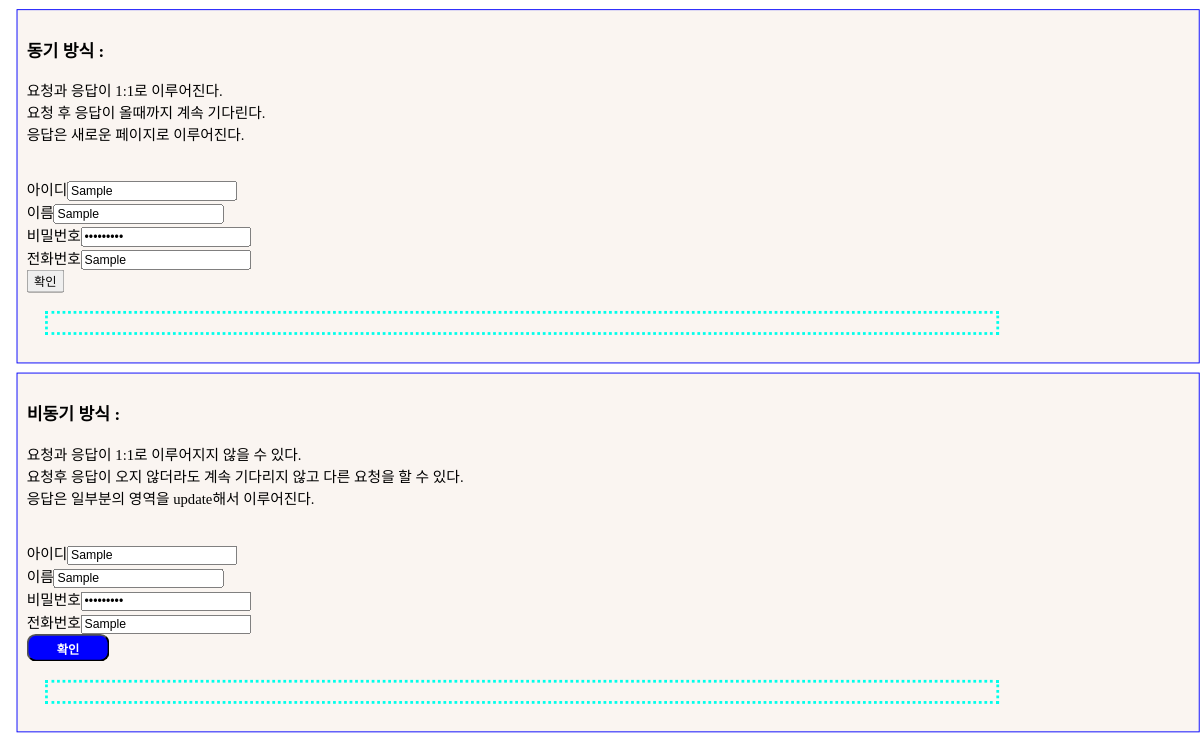
Repository: yul3220/WebProgrammingLecture
Page: jqpro/WebContent/2021-02-01/ajax비동기통신.html
The author's editor kept a copy of each file at every save. The page is drawn from the files as they stood at one save, then again after the next save.
The browser window is 1280 px wide. The page is 1304 px wide, so the pictures cover 1304 px, including what lies to the right of the window. The pictures show the whole page, at 92% of full size.
Empty fields were first filled with sample values (such as "Sample", 5 or name@example.com).
After loading, the first visible `#ajax` was clicked once.

Above is the page before, as saved 2021-02-02 00:11:43.
Console error: TypeError: xhr.onreadystatechange is not a function

### jqpro/WebContent/2021-02-01/ajax비동기통신.html
<!DOCTYPE html>
<html>
<head>
<meta charset="UTF-8">
<title>Insert title here</title>
<link rel="stylesheet" href="../css/public.css"/>
<script src="../js/jquery-3.5.1.min.js"></script>
<style>
</style>
<script>
	$(function(){
		$("#ajax").on("click",function(){
			xhr = new XMLHttpRequest();

			//입력한 모든 값을 가져온다.
			idval = $("#id").val().trim();
			passval = $("#pass").val().trim();
			telval = $("#tel").val().trim();
			nameval = $("#name").val().trim();

			data = "id="+idval+"&name="+nameval
					+"&tel="+telval+"&pass="+passval;
			//요청
			xhr.open("post", "text.jsp", true);
			xhr.setRequestHeader("Content-type", "application/x-www-form-urlencoded")
			xhr.send(data);

			//응답
			xhr.onreadystatechange()=function(){
				if(this.readyState==4&&this.status==200){
					//응답
					res = this.responseText;

					$("#result2").html(res).css("color", "red");
				}
			}
		})
	})
</script>
</head>
<body>
	<div class="box">
		<h3>동기 방식 : </h3>
		요청과 응답이 1:1로 이루어진다.<br>
		요청 후 응답이 올때까지 계속 기다린다.<br>
		응답은 새로운 페이지로 이루어진다.<br>
		<br><br>
		<form action="text.jsp" method="post">
			아이디<input type="text" id="id" name="id"><br>
			이름<input type="text" id="name" name="name"><br>
			비밀번호<input type="password" id="pass" name="pass"><br>
			전화번호<input type="text" id="tel" name="tel"><br>
			<input type="submit" value="확인"/>
		</form>
		<div id="result1"></div>
	</div>

	<div class="box">
		<h3>비동기 방식 : </h3>
		요청과 응답이 1:1로 이루어지지 않을 수 있다.<br>
		요청후 응답이 오지 않더라도 계속 기다리지 않고 다른 요청을 할 수 있다.<br>
		응답은 일부분의 영역을 update해서 이루어진다.<br>
		<br><br>
		<form action="text.jsp" method="post">
			아이디<input type="text" id="id" name="id"><br>
			이름<input type="text" id="name" name="name"><br>
			비밀번호<input type="password" id="pass" name="pass"><br>
			전화번호<input type="text" id="tel" name="tel"><br>
			<input id="ajax" type="button" value="확인"/>
		</form>
		<div id="result2"></div>
	</div>
</body>
</html>

### jqpro/WebContent/css/public.css
@CHARSET "UTF-8";
pre{
	background-color : #c4f4f2;
	font-size : 14px;
	white-space: pre-wrap;

	/*
	   pre : 공백은 그대로 줄바꿈이 되지 않는다.
	   pre-wrap : 공백은 그대로 줄바꿈이 된다.
	   pre-line : 공백을 여러개 줘도 공백은 하나만 표시  줄바꿈된다.
	   nowrap : 공백을 여러개 줘도 공백은 하나만 표시 줄바꿈되지 않는다.

	*/
}

div.box {
	width : 100%;
	height : auto;
	margin : 10px;
	padding : 10px;
	border : 1px solid blue;
	background : #faf5f1;
}

.box input[type=button]{
    width : 90px;
    height: 30px;
    background: blue;
    color : white;
    padding : 5px 10px;
    border-radius: 10px;
    font-weight: bold;
	text-align: center;
}

.box div{
    width : 80%;
    height : auto;
    padding : 10px;
    border : 3px dotted #00ffeb;
    margin : 20px;
}

Loaded but not shown: jqpro/WebContent/js/jquery-3.5.1.min.js (library)

After the next save:
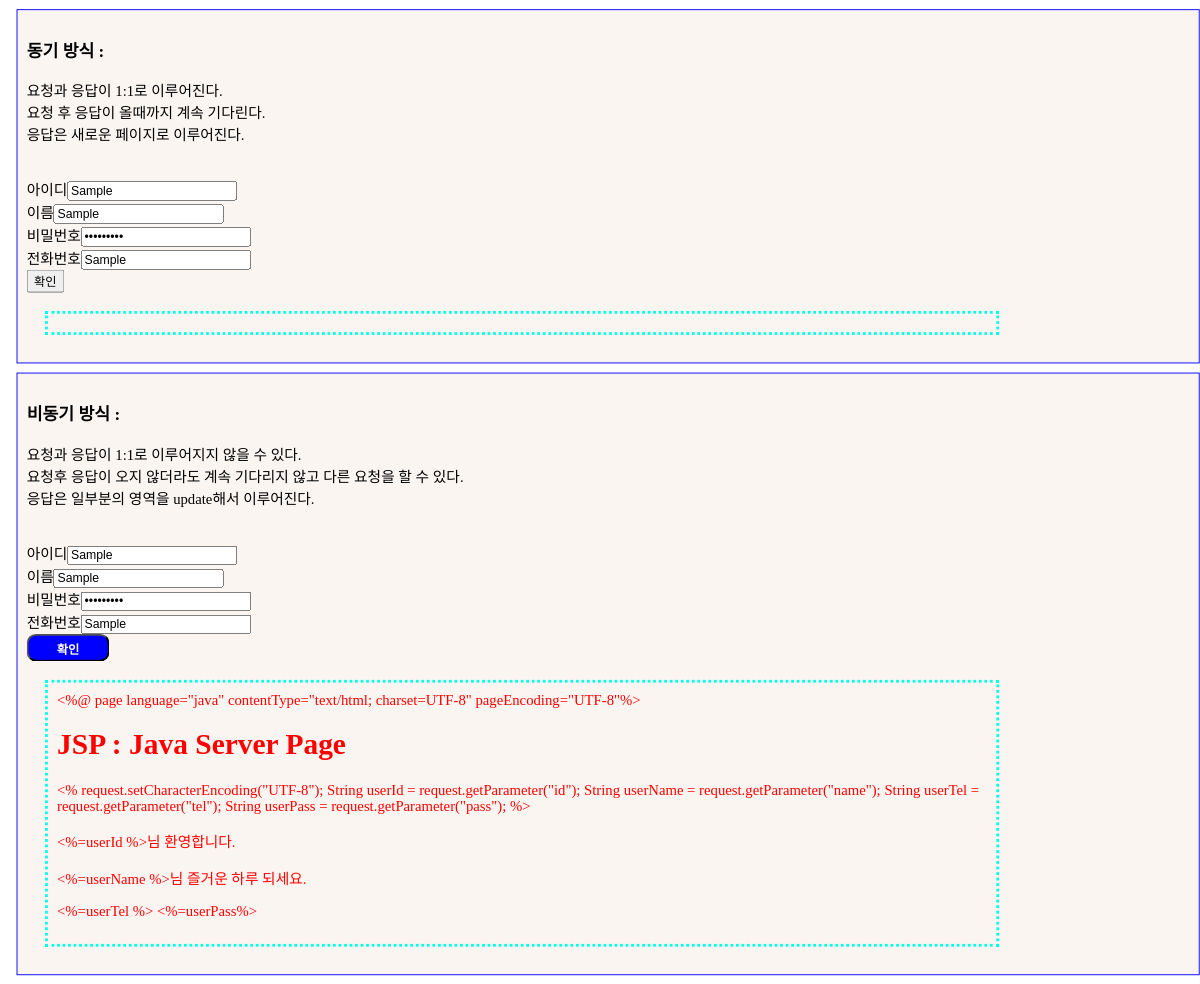
The error is gone.
Saved 3 min 48 s later.
--- a/jqpro/WebContent/2021-02-01/ajax비동기통신.html
+++ b/jqpro/WebContent/2021-02-01/ajax비동기통신.html
@@ -26,12 +26,12 @@
 			xhr.send(data);
 
 			//응답
-			xhr.onreadystatechange()=function(){
+			xhr.onreadystatechange=function(){
 				if(this.readyState==4&&this.status==200){
 					//응답
 					res = this.responseText;
 
-					$("#result2").html(res).css("color", "red");
+					$("#result2").html(res).css("color", "red")
 				}
 			}
 		})
@@ -46,10 +46,10 @@
 		응답은 새로운 페이지로 이루어진다.<br>
 		<br><br>
 		<form action="text.jsp" method="post">
-			아이디<input type="text" id="id" name="id"><br>
-			이름<input type="text" id="name" name="name"><br>
-			비밀번호<input type="password" id="pass" name="pass"><br>
-			전화번호<input type="text" id="tel" name="tel"><br>
+			아이디<input type="text" name="id"><br>
+			이름<input type="text" name="name"><br>
+			비밀번호<input type="password" name="pass"><br>
+			전화번호<input type="text" name="tel"><br>
 			<input type="submit" value="확인"/>
 		</form>
 		<div id="result1"></div>
